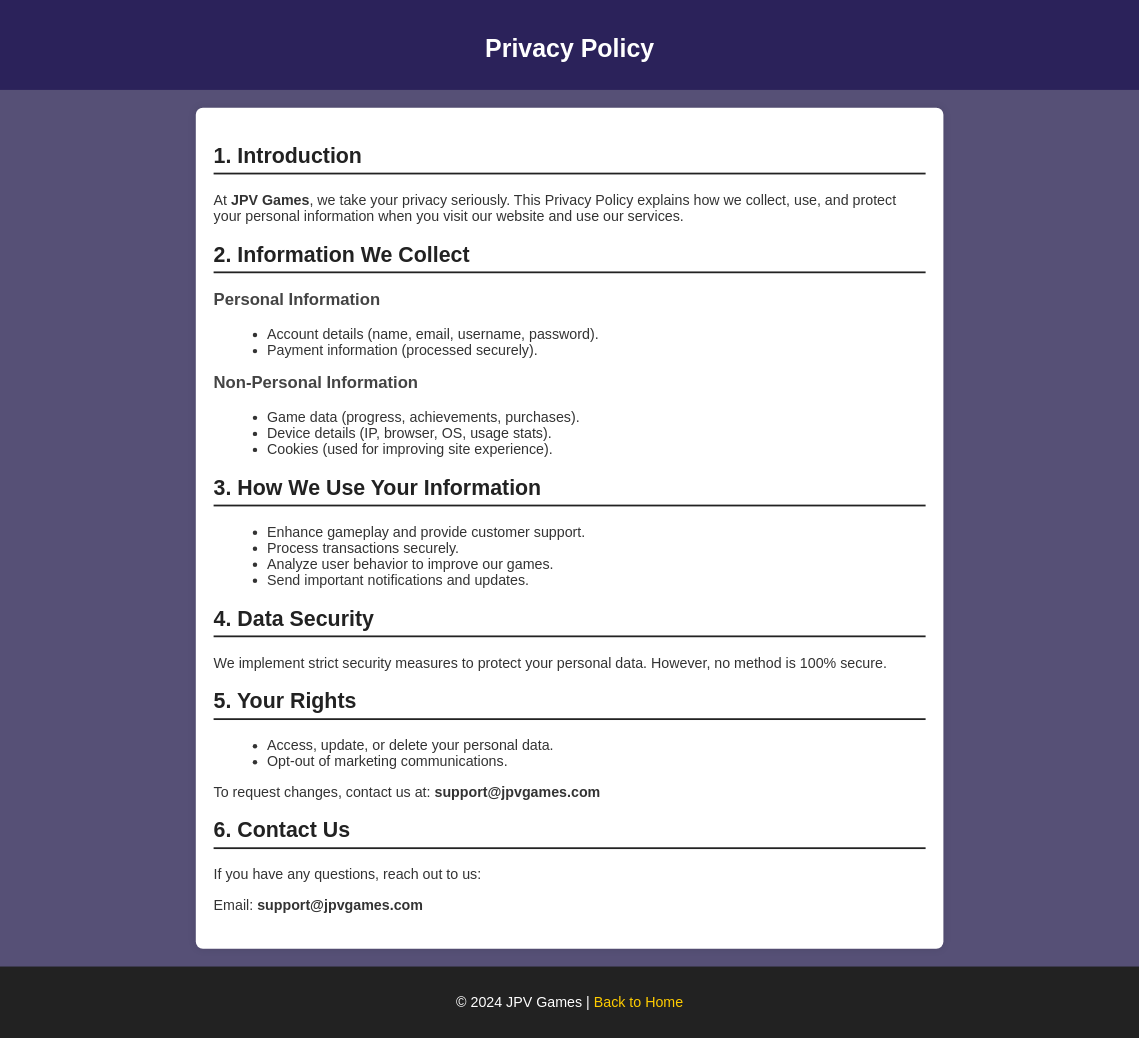
Repository: meenadabhii/jpygames.com
Page: http://localhost/privacy-policy.html
These files come from the project's save history. The page is drawn as it stood at one moment and after a run of saves; the edit follows.
The browser window is 1280 px wide. The pictures show the whole page, at 89% of full size.
The page is served by the project's Node server (app.js).

Above is the page before, as saved 2025-02-08 10:56:13.

After the next 2 saves:
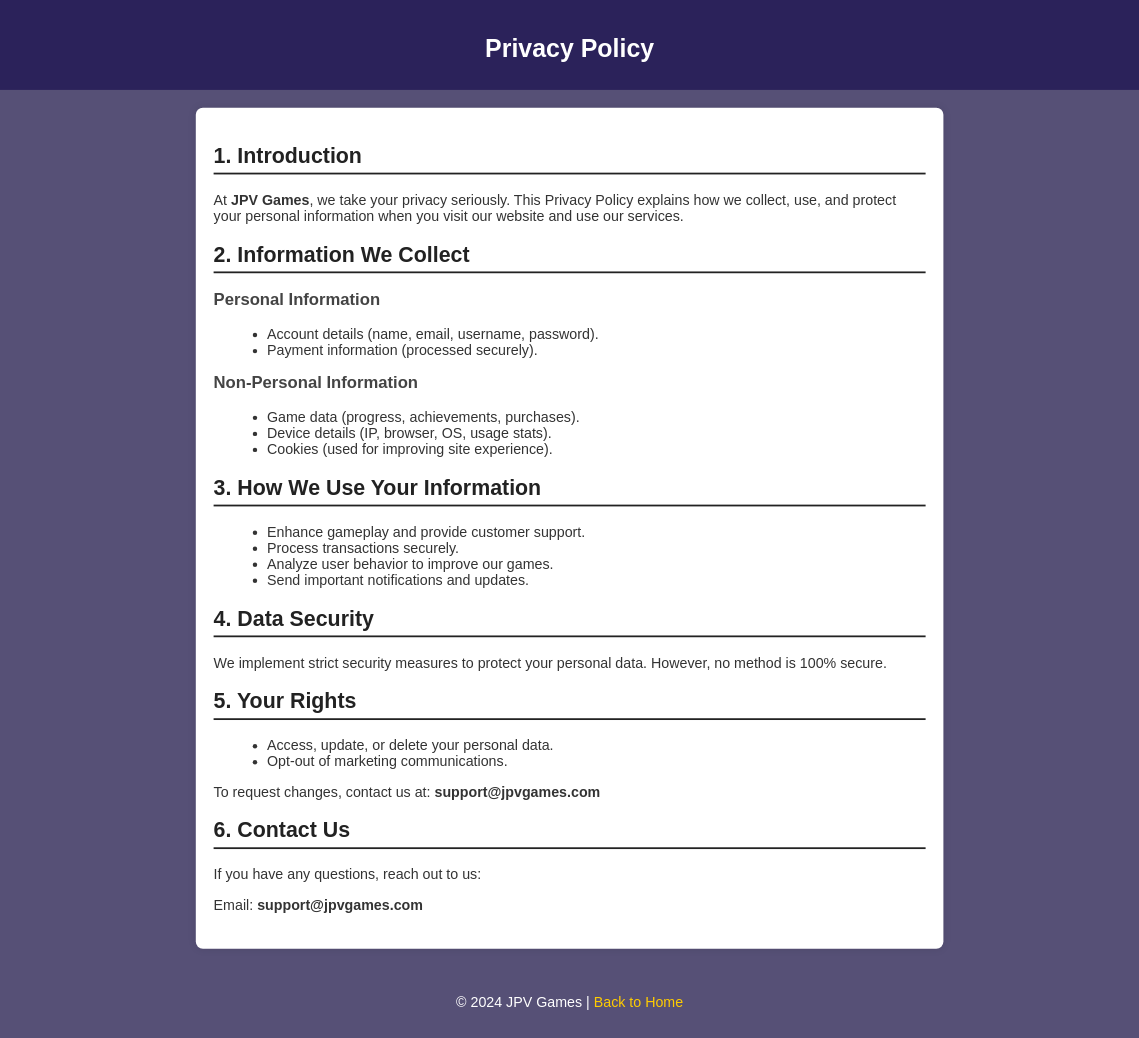
The 2 saves are shown as one change because they came seconds apart.
The last was saved 59 s later.
--- a/nodejs/views/privacy-policy.html
+++ b/nodejs/views/privacy-policy.html
@@ -63,7 +63,7 @@
 footer {
     text-align: center;
     padding: 15px;
-    background: #222;
+    background: 2b225a;
     color: white;
 }
 
